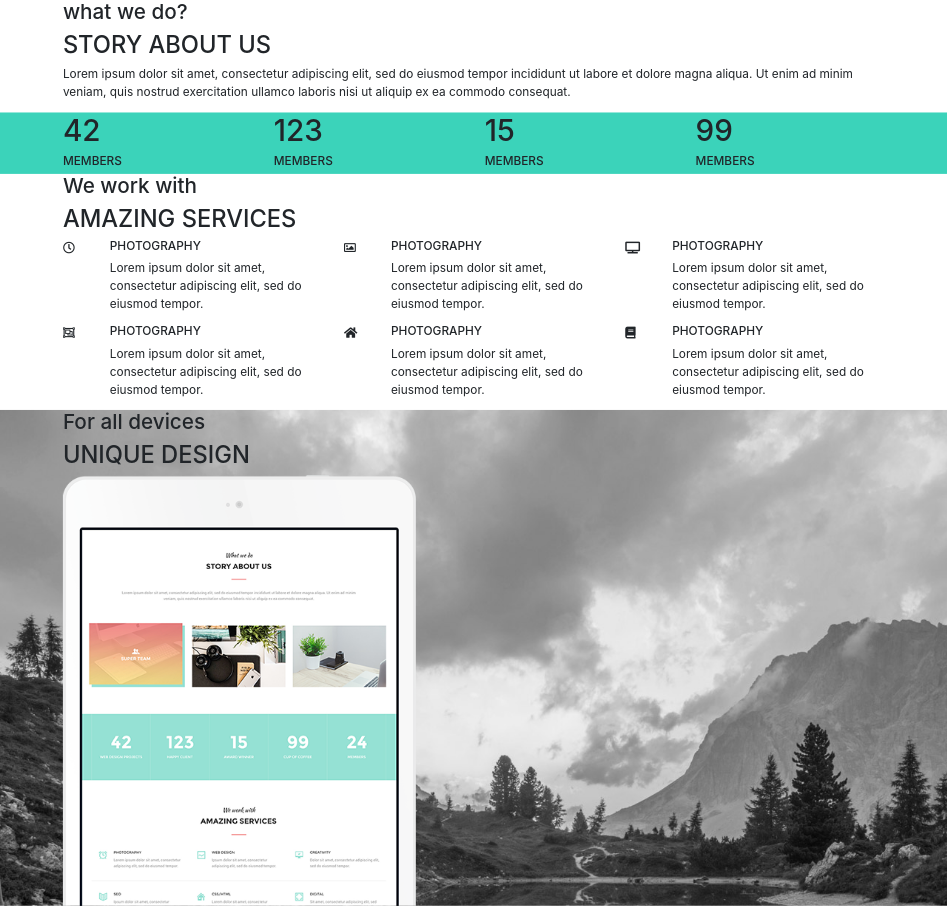
Repository: nourabdelhakam/MoGo-template
Page: index.html
An editor plug-in stored every save of this project. The page is shown before and after the next save, followed by the edit.
The browser window is 1280 px wide. The pictures show the whole page, at 74% of full size.
Some web libraries are served in a nearby version. The style sheet was rebuilt from its Sass, Less or Tailwind sources for each picture, by a compiler version that may differ from the author's.

Above is the page before, as saved 2021-02-21 19:35:38.

After the next save:
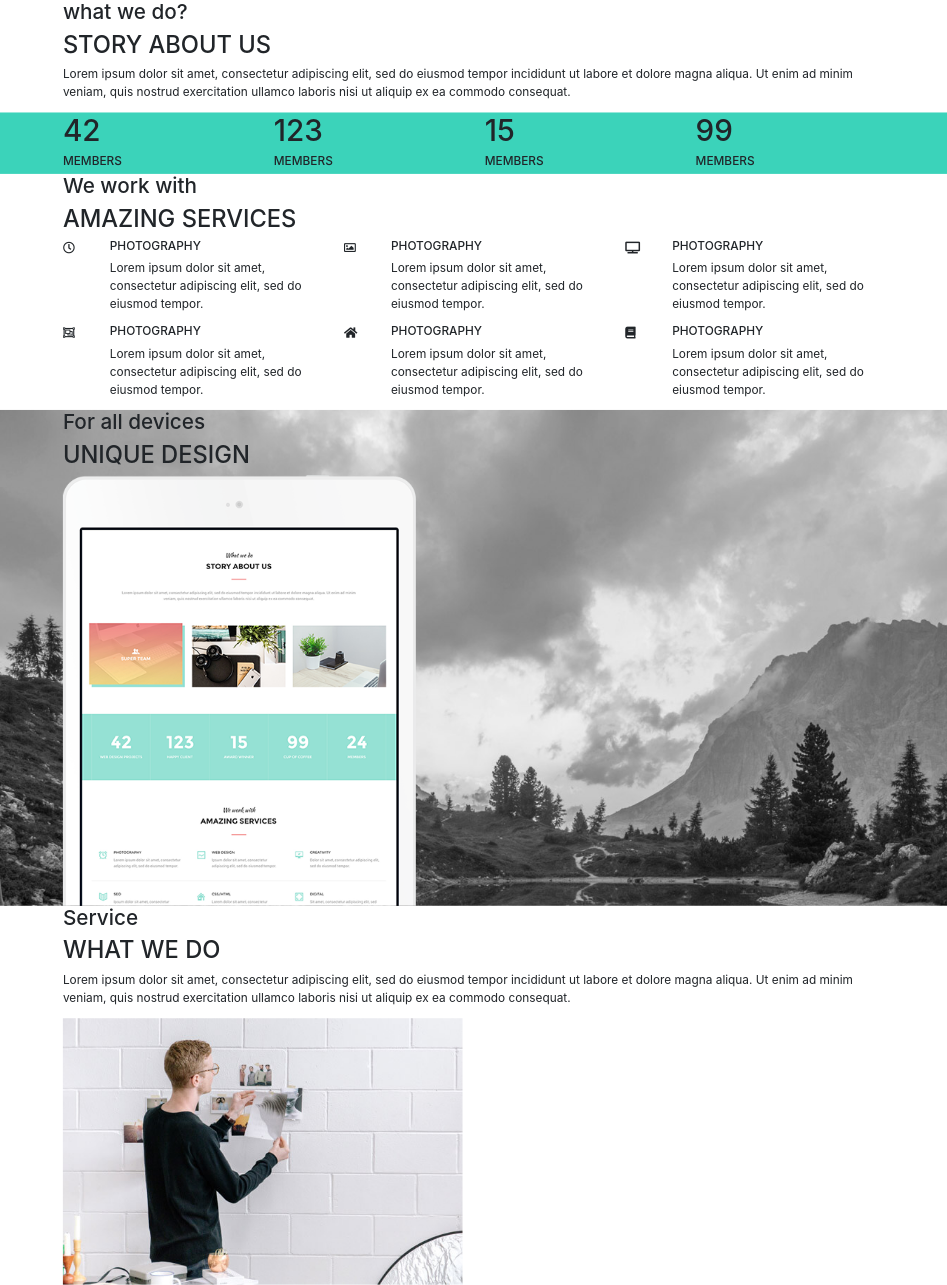
Saved 10 min 14 s later.
--- a/index.html
+++ b/index.html
@@ -126,6 +126,20 @@
     </section>
     <!-- END OF For all devices------------------------------------------------- -->
 
+    <!-- WHAT WE DO -->
+    <section>
+        <div class="container">
+            <h3>Service</h3>
+            <h2>WHAT WE DO</h2>
+            <p>Lorem ipsum dolor sit amet, consectetur adipiscing elit, sed do eiusmod tempor incididunt ut labore et dolore magna aliqua. Ut enim ad minim veniam, quis nostrud exercitation ullamco laboris nisi ut aliquip ex ea commodo consequat.</p>
+            <div class="row">
+                <div class="col-xl-6 col-md-6 col-sm-12 col-xs-12"><img class="img-fluid" src="./assets/img/doservice.jpg" alt=""></div>
+                <div class="col-xl-6 col-md-6 col-sm-12 col-xs-12"></div>
+            </div>
+        </div>
+    </section>
+    <!-- END OF WHAT WE DO --------------------------------------------------->
+
 
    <!-----------------------.------------------------------------------- -- -->
    <script src="js/jquery-3.5.1.slim.min.js"></script>
